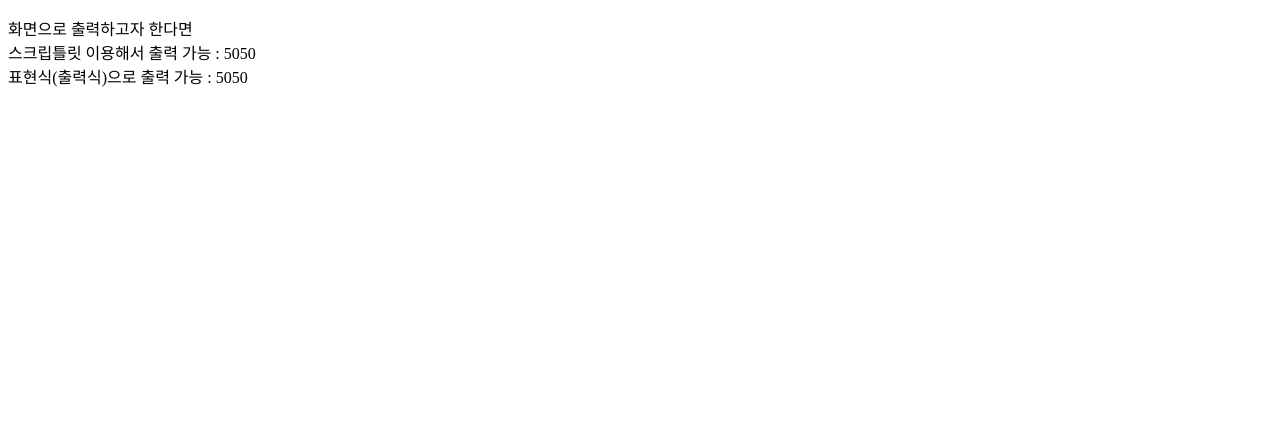
Repository: hyeye1/kh_webserverWorkspace
Page: http://localhost/2_JSP/views/01_ScriptingElement.jsp
The author's editor kept a copy of each file at every save. The page is drawn from the files as they stood at one save, then again after the next save.
The browser window is 1280 px wide. The pictures show the whole page.
The page is served by Tomcat 9.

Above is the page before, as saved 2021-03-26 01:22:46.

After the next save:
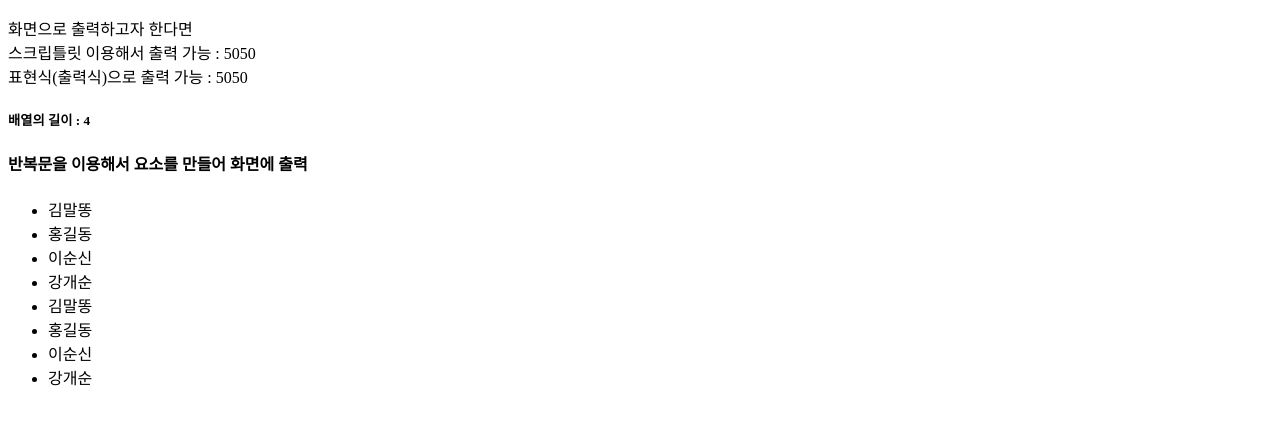
Saved 15 min 55 s later.
--- a/2_JSP/WebContent/views/01_ScriptingElement.jsp
+++ b/2_JSP/WebContent/views/01_ScriptingElement.jsp
@@ -22,11 +22,29 @@
 	<p>
 		화면으로 출력하고자 한다면 <br>
 		스크립틀릿 이용해서 출력 가능 : <% out.println(sum); %> <br>
-		표현식(출력식)으로 출력 가능 : <%= sum %> <br>
+		표현식(출력식)으로 출력 가능 : <%= sum %>
 	</p>
 
 	<%
+		String[] name = {"김말똥", "홍길동", "이순신", "강개순"};
+	%>
 
-	%>
+	<h5>배열의 길이 : <%= name.length %></h5>
+
+	<h4>반복문을 이용해서 요소를 만들어 화면에 출력</h4>
+
+	<ul>
+		<% for(int i=0; i<name.length; i++){ %>
+			<li> <%= name[i]%> </li>
+		<% } %>
+
+		<% for(String str : name){ %>
+			<li><%= str %> </li>
+		<% } %>
+	</ul>
+
+
+
+
 </body>
 </html>
